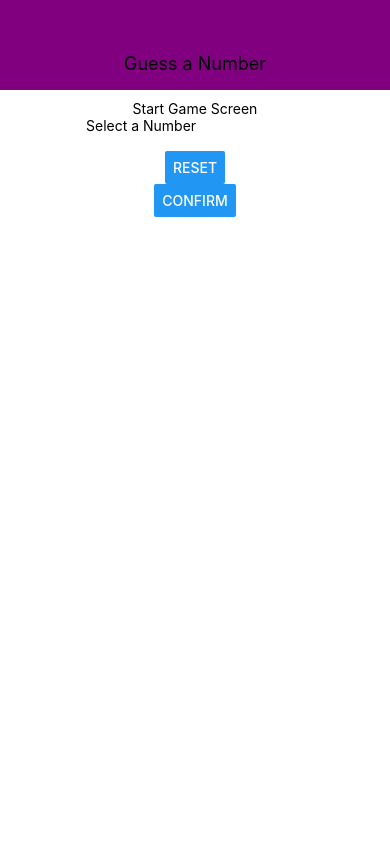
Repository: oguzhan18m/react-native-guess-number-game
Screen: /
The author's editor kept a copy of each file at every save. The screen is drawn from the files as they stood at one save, then again after the next save.
The app was drawn by React Native's web renderer in a window 390 px wide. The project was rebuilt for these pictures with package versions that can differ from the ones it lists, and the page was loaded fresh each time.

Above is the screen before, as saved 2021-03-03 21:58:45.

After the next save:
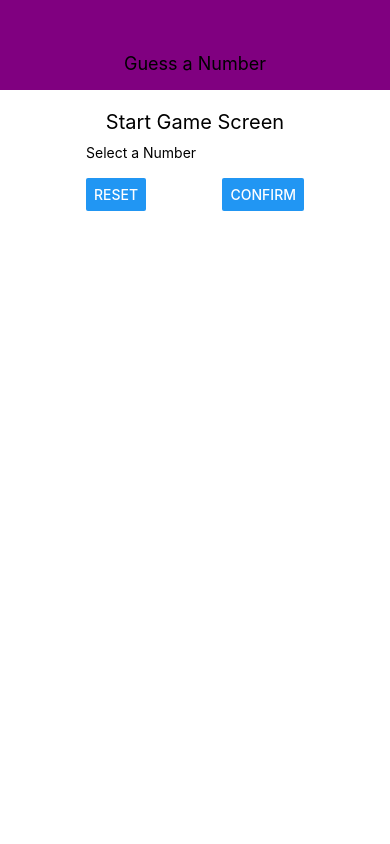
Saved 39 s later.
--- a/screens/StartGameScreen.js
+++ b/screens/StartGameScreen.js
@@ -25,9 +25,12 @@ const styles = StyleSheet.create({
 
     },
     title:{
+        fontSize:20,
+        marginVertical:10,
 
     },
     buttonContainer:{
+        flexDirection:'row',
         alignItems:'center',
         justifyContent:'space-between',
     },
